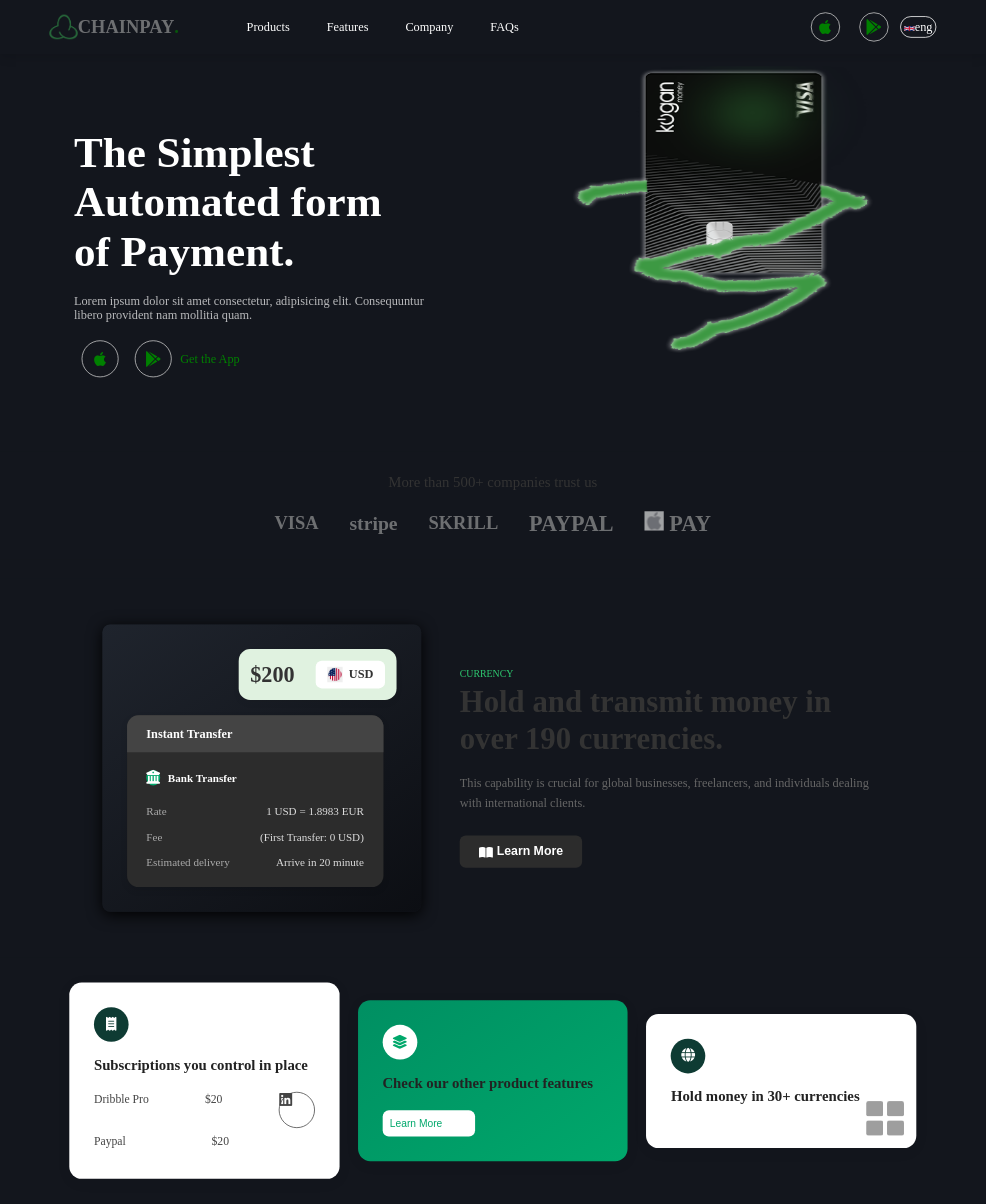
Repository: Austinokezie/Fintech-landing-page
Page: Chainpay.html
The author's editor kept a copy of each file at every save. The page is drawn from the files as they stood at one save, then again after the next save.
The browser window is 1280 px wide. The pictures show the whole page, at 77% of full size.
Pictures or frames that could not be fetched are drawn as grey boxes. Some web libraries are served in a nearby version.

Above is the page before, as saved 2025-10-15 21:17:23.

After the next save:
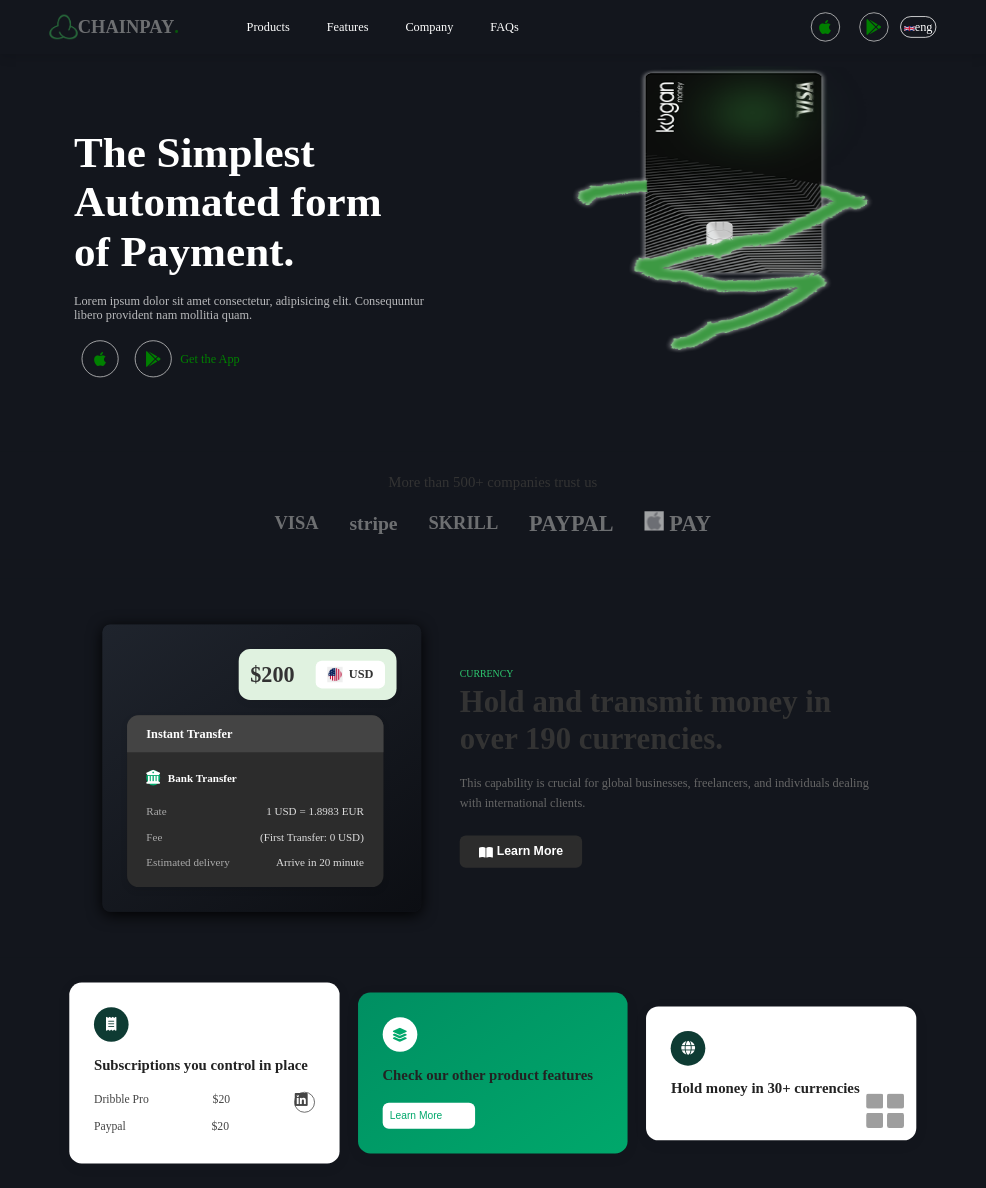
Saved 22 s later.
--- a/Chainpay.css
+++ b/Chainpay.css
@@ -497,8 +497,8 @@
   color: #444;
 }
 .item i{
-    width: 45px;
-   height: 45px;
+    width: 25px;
+   height: 25px;
    border-radius: 50%;
   font-size: 1.2rem;
   border: 1px solid;
